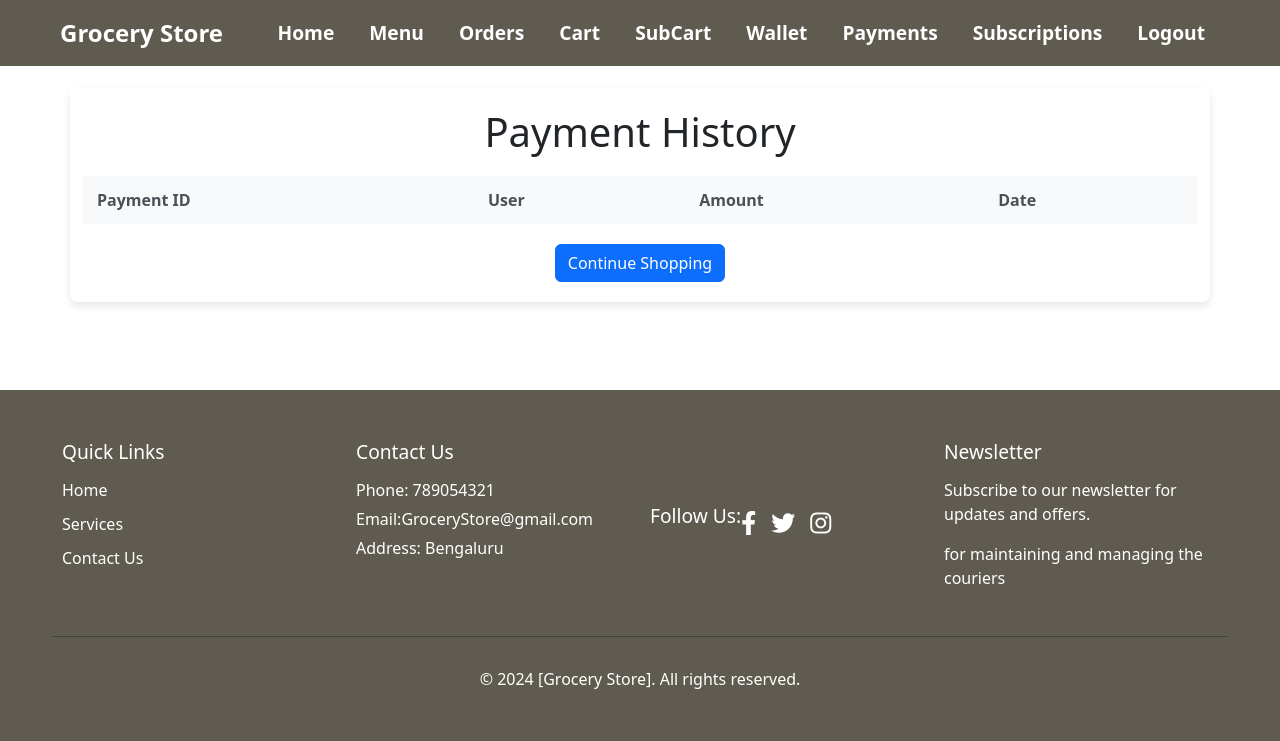
Repository: NagaMounikaY/GroceriesSubscriptionBookingManagement
Page: http://localhost/GroceriesSubBookingSystem/WEB-INF/views/paymentHistory.jsp
These files come from the project's save history. The page is drawn as it stood at one moment and after the next save; the edit follows.
The browser window is 1280 px wide. The pictures show the whole page.
The page is served by Tomcat 9. Nobody is signed in. The template is opened directly, without the code that normally fills it, so the values that code supplies are empty.

Above is the page before, as saved 2024-09-17 12:39:42.

After the next save:
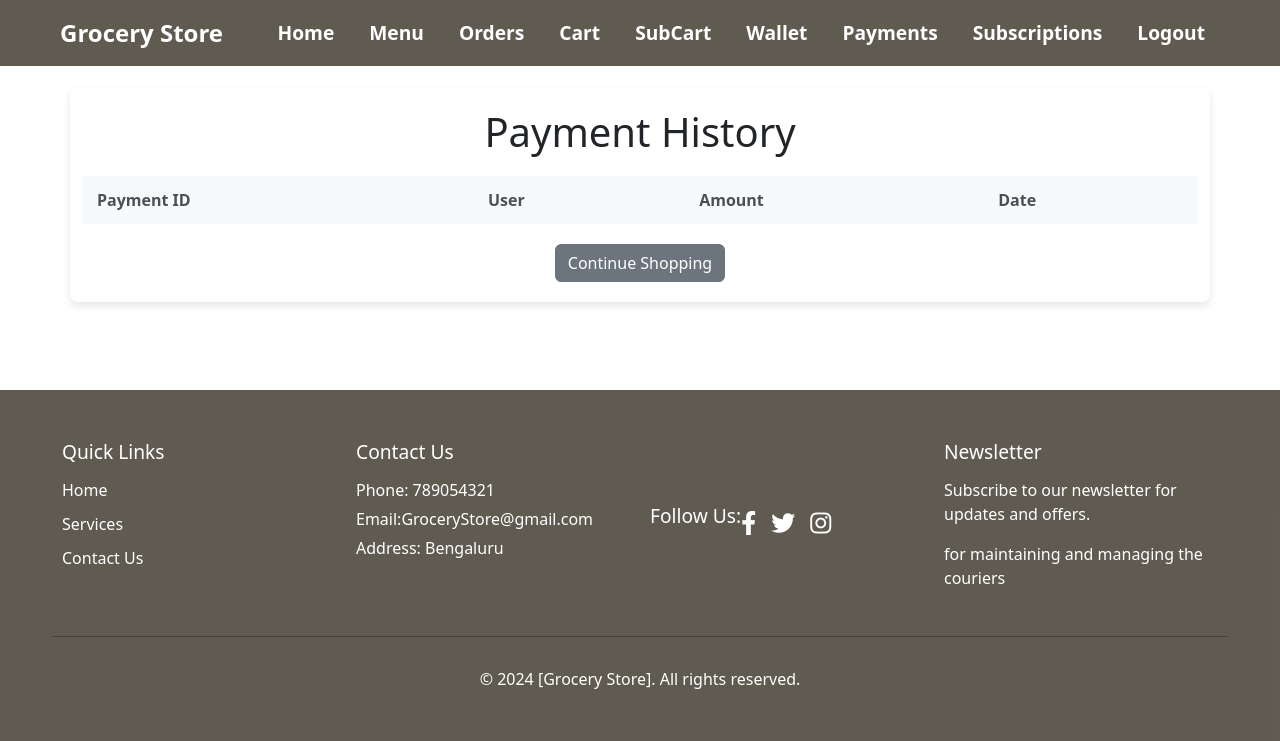
Saved 62 min 33 s later.
--- a/GroceriesSubBookingSystem/src/main/webapp/WEB-INF/views/paymentHistory.jsp
+++ b/GroceriesSubBookingSystem/src/main/webapp/WEB-INF/views/paymentHistory.jsp
@@ -111,7 +111,7 @@ tr:hover {
 		</table>
 		<div class="btn-container">
 			<a href="${pageContext.request.contextPath}/groceries/list"
-				class="btn btn-primary">Continue Shopping</a>
+				class="btn btn-secondary">Continue Shopping</a>
 		</div>
 	</div>
 
